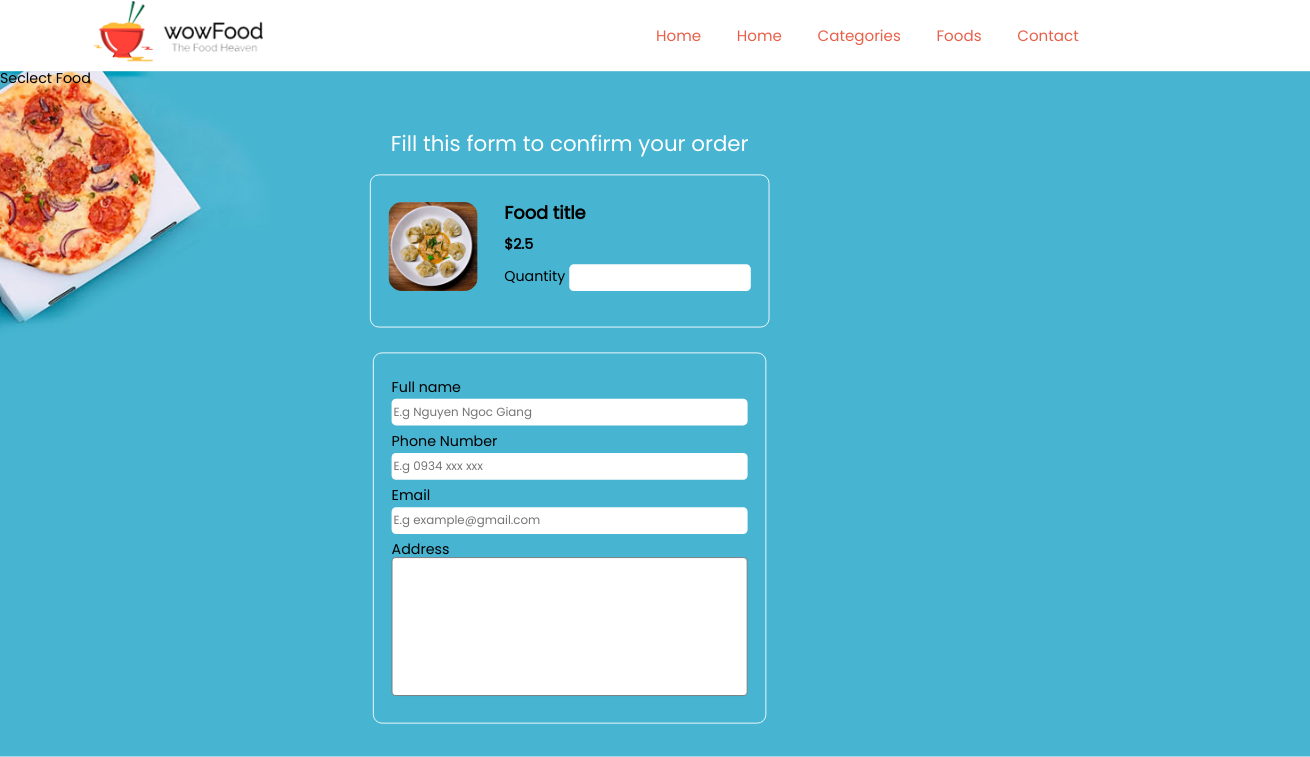
Repository: ruaruababa/WowFood
Page: order.html
An editor plug-in stored every save of this project. The page is shown before and after the next save, followed by the edit.
The browser window is 1280 px wide. The page is 1472 px wide, so the pictures cover 1472 px, including what lies to the right of the window. The pictures show the whole page, at 89% of full size.

Above is the page before, as saved 2021-09-19 22:38:27.

### order.html
<!DOCTYPE html>
<html lang="en">

<head>
    <meta charset="UTF-8">
    <meta http-equiv="X-UA-Compatible" content="IE=edge">
    <meta name="viewport" content="width=device-width, initial-scale=1.0">
    <title>Order Food</title>
    <link rel="stylesheet" href="./style.css">
    <link rel="stylesheet" href="./reset.css">
    <link rel="stylesheet" href="./order.css">
    <link rel="preconnect" href="https://fonts.googleapis.com" />
    <link rel="preconnect" href="https://fonts.gstatic.com" crossorigin />
    <link
      href="https://fonts.googleapis.com/css2?family=Poppins:wght@400&display=swap"
      rel="stylesheet"
    />
</head>

<body>
    <nav>
        <input type="checkbox" id="check" />
        <label for="check" class="checkbtn">
            <i class="fas fa-bars"></i>
        </label>
        <label class="logo">
            <img src="./img/logo.png" alt="" class="img-logo" />
        </label>
        <ul class="navbar">
            <li><a class="active" href="#">Home</a></li>
            <li><a href="#">Home</a></li>
            <li><a href="#">Categories</a></li>
            <li><a href="#">Foods</a></li>
            <li><a href="#">Contact</a></li>
        </ul>
    </nav>
    <section id=section-order>
        <img src="./bgorder.jpg" alt="" class="bgr" style="position: absolute; z-index: -1;">
        <div class="container-order">
            <form action="">
                <h3 class="title-order">Fill this form to confirm your order</h3>
                <label for="" class="seclect">Seclect Food</label>
                <div class="container-seclect-food">
                    <div class="img-food">
                        <!-- <label for="" class="seclect">Seclect Food</label> -->
                        <img src="./img/menu-momo.jpg" alt="" class="bgr-item" />
                    </div>
                    <div class="content-food">
                        <h6 class="title-item">Food title</h6>
                        <span class="price-item">$2.5</span>
                        <label for="" class="quantity">Quantity</label>
                        <input type="number" min="1" max="100" class="inp-number">
                    </div>
                </div>
                <div class="container-delivery-title">
                    <lable class="full-name">Full name</lable>
                    <input type="text" placeholder="E.g Nguyen Ngoc Giang">
                    <lable class="phone-number">Phone Number</lable>
                    <input type="text" placeholder="E.g 0934 xxx xxx">
                    <lable class="email">Email</lable>
                    <input type="text" placeholder="E.g example@gmail.com">
                    <lable class="Address">Address</lable>
                    <textarea name="address" id="" cols="30" rows="10" style="resize: none; border-radius: 5px;"></textarea>


                </div>
            </form>
        </div>
    </section>
</body>

</html>

### style.css

li {
  text-decoration: none;
}

a {
  text-decoration: none;
}

nav {
  height: 80px;
  width: 100%;
}

label.logo {
  padding: 0 100px;
}

nav ul {
  float: right;
  margin-right: 50px;
}

nav ul li {
  display: inline-block;
  line-height: 80px;
  margin: 0 5px;
  font-family: "Poppins", sans-serif;
}

nav ul li a {
  color: #e7614a;
  font-size: 17px;
  padding: 7px 13px;
  border-radius: 3px;
}

.checkbtn {
  font-size: 30px;
  color: white;
  float: right;
  line-height: 80px;
  margin-right: 40px;
  cursor: pointer;
  display: none;
}

#check {
  display: none;
}

ul:hover li {
  filter: blur(3px);
  opacity: 0.5;
  transform: scale(0.98);
  box-shadow: none;
}

ul:hover li:hover {
  transform: scale(1.1);
  filter: blur(0px);
  opacity: 1;
  box-shadow: 0 8px 20px 0px rgba(0, 0, 0, 0.125);
}

.container-section-search {
  position: relative;
  text-align: center;
  margin-top: 15px;
}

.background-search {
  height: 250px;
}

.background-search img {
  height: inherit;
  width: 100%;
  object-fit: cover;
}

.form {
  width: 100%;
  position: absolute;
  top: 50%;
  left: 50%;
  transform: translate(-50%, -50%);
  height: 22px;
}

.input-search {
  width: 35%;
  height: inherit;
}

.btn-search {
  background-color: rgba(250, 59, 59, 0.849);
  border: none;
  border-radius: 5px;
  font-size: 14px;
  color: white;
  cursor: pointer;
  padding: 3px;
}

#section-collection {
  position: relative;
}

.container-section-collection {
  height: max-content;
}

.explore-food {
  padding-top: 70px;
  text-align: center;
  font-size: 24px;
  font-family: "Poppins", sans-serif;
}

.collection-food {
  width: 100%;
}

.list-food {
  margin-top: 50px;
  display: flex;
  justify-content: center;
  column-gap: 50px;
}

.list-food li {
  width: 330px;
  height: 400px;
  transition: 0.2s all;
}

.list-food li:hover {
  transform: scale(0.95);
}

.list-food li img {
  width: 100%;
  height: 100%;
  object-fit: cover;
  border-radius: 10px;
}

.list-food li span {
  font-family: "Poppins", sans-serif;
  display: block;
  font-size: 20px;
  text-align: center;
  color: #ffffff;
  margin-top: -50px;
}

article {
  background-color: #ececec;
}

.title-food-menu {
  padding-top: 70px;
  font-size: 24px;
  text-align: center;
  font-family: "Poppins", sans-serif;
}

.container-menu {
  padding-top: 50px;
  display: grid;
  grid-gap: 20px;
  grid-template-columns: repeat(auto-fit, minmax(550px, 1fr));
  grid-auto-rows: 180px;
  justify-items: center;
  font-family: "Poppins", sans-serif;
}

.container-item:nth-child(odd) {
  justify-self: end;
}

.container-item:nth-child(even) {
  justify-self: start;
}

.container-item {
  background-color: #ffffff;
  display: flex;
  align-items: center;
  border-radius: 15px;
}

.container-item img {
  width: 25%;
  height: 70%;
  object-fit: cover;
  border-radius: 15px;
  margin: 0 28px;
}

.container-item .item-content {
  width: 100%;
  height: 70%;
  object-fit: cover;
  border-radius: 15px;
  margin: 0 28px;
}

.item-content {
  display: inline-block;
}

.title-item {
  font-size: 16px;
  font-weight: bold;
  line-height: 25px;
}

.price-item {
  line-height: 25px;
  font-weight: bold;
}

.des-item {
  font-size: 14px;
  line-height: 20px;
  color: #747d9c;
}

.oder-item {
  text-decoration: none;
  background-color: #f56b81;
  color: white;
  border-radius: 5px;
  padding: 3px;
  display: inline-block;
}

.footer-food-menu {
  margin-top: 30px;
}

.see-all-foods {
  display: block;
  text-align: center;
  text-decoration: none;
  color: #f56b81;
  padding-bottom: 50px;
  font-family: "Poppins", sans-serif;
  transition: 0.2s all;
}

.see-all-foods:hover {
  text-decoration: underline;
  transform: scale(1.1);
}

.social-network-icon {
  display: flex;
  justify-content: center;
  margin-top: 30px;
}

.icon-insta {
  margin: 0 30px;
}

.license {
  margin-top: 40px;
  margin-bottom: 30px;
  font-family: "Poppins", sans-serif;
}

.license p {
  text-align: center;
}

.license p a {
  text-decoration: none;
  color: #e7614a;
}

@media (max-width: 952px) {
  label.logo {
    padding-left: 50px;
  }

  nav ul li a {
    font-size: 16px;
  }

  .container-item:nth-child(odd) {
    justify-self: center;
  }

  .container-item:nth-child(even) {
    justify-self: center;
  }
}

@media (max-width: 858px) {
  i {
    color: black;
  }

  .checkbtn {
    display: block;
  }

  .navbar {
    position: fixed;
    width: 100%;
    height: 250px;
    left: -100%;
    text-align: center;
    transition: all 0.5s;
    z-index: 2;
    background-color: #ffffff;
  }

  nav ul li {
    display: block;
    margin: 10px 0;
    line-height: 30px;
  }

  nav ul li a {
    font-size: 20px;
  }

  #check:checked ~ ul {
    left: 0;
  }

  .container-section-collection {
    height: max-content;
  }
}

section {
  position: relative;
}
@media (max-width: 858px) {
   .container-menu {
    padding-top: 50px;
    display: grid;
    grid-gap: 20px;
    grid-template-columns: repeat(auto-fit, minmax(550px, 1fr));
    grid-auto-rows: 180px;
    justify-items: center;
    font-family: "Poppins", sans-serif;
  }
}

@media (max-width: 414px) {
  label img {
    margin-left: -50px;
  }
  i.fa-bars {
    margin-right: -20px;
  }
  .navbar {
    position: fixed;
    width: 414px;
    height: 250px;
    left: -100%;
    text-align: center;
    transition: all 0.5s;
    z-index: 2;
    background-color: #ffffff;
  }

  nav ul li {
    display: block;
    margin: 10px 0;
    line-height: 30px;
  }

  nav ul li a {
    font-size: 20px;
  }

  #check:checked ~ ul {
    left: 0;
  }
  .list-food {
    display: flex;
    flex-direction: column;
    gap: 15px;
  }

  .item {
    align-self: center;
  }

  .container-menu {
    padding-top: 50px;
    display: grid;
    grid-gap: 20px;
    grid-template-columns: repeat(auto-fit, minmax(375px, 1fr));
    grid-auto-rows: 180px;
    justify-items: center;
    font-family: "Poppins", sans-serif;
  }
}

@media (max-width: 375px) {
  label img {
    margin-left: -50px;
  }
  i.fa-bars {
    margin-right: -20px;
  }
  .navbar {
    position: fixed;
    width: 375px;
    height: 250px;
    left: -100%;
    text-align: center;
    transition: all 0.5s;
    z-index: 2;
    background-color: #ffffff;
  }

  nav ul li {
    display: block;
    margin: 10px 0;
    line-height: 30px;
  }

  nav ul li a {
    font-size: 20px;
  }

  #check:checked ~ ul {
    left: 0;
  }

  .list-food {
    display: flex;
    flex-direction: column;
    gap: 15px;
  }

  .item {
    align-self: center;
  }

  .container-menu {
    padding-top: 50px;
    display: grid;
    grid-gap: 20px;
    grid-template-columns: repeat(auto-fit, minmax(375px, 1fr));
    grid-auto-rows: 180px;
    justify-items: center;
    font-family: "Poppins", sans-serif;
  }
  @media (max-width: 320px) {
  label img {
    margin-top: -70px;
    margin-left: -50px;
    padding-bottom: 10px;
  }
  i.fa-bars {
    margin-right: -20px;
    padding-top: 20px;
  }
  .navbar {
    position: fixed;
    width: 320px;
    height: 250px;
    left: -100%;
    text-align: center;
    transition: all 0.5s;
    z-index: 2;
    background-color: #ffffff;
    margin-top: -5px;
  }

  nav ul li {
    display: block;
    margin: 10px 0;
    line-height: 30px;
  }

  nav ul li a {
    font-size: 20px;
  }

  #check:checked ~ ul {
    left: 0;
  }

  .list-food {
    display: flex;
    flex-direction: column;
    gap: 15px;
  }

  .item {
    align-self: center;
  }

  .container-menu {
    padding-top: 50px;
    display: grid;
    grid-gap: 20px;
    grid-template-columns: repeat(auto-fit, minmax(319px, 1fr));
    grid-auto-rows: 180px;
    justify-items: center;
    font-family: "Poppins", sans-serif;
  }
}

/* article{
  position: relative;
  top: 200px;
} */

### order.css
.container-order{
    position: relative;
}
.title-order{
    font-size: 24px;
    position: absolute;
    left: 50%;
    transform: translateX(-50%);
    padding-top: 70px;
    font-family: "Poppins", sans-serif;
    color: white;
}
.container-seclect-food{
    display: flex;
    position: absolute;
    left: 50%;
    transform: translateX(-50%);
    margin-top: 100px;
    justify-content: flex-start;
    gap: 30px;
    border: 1px solid white;
    padding: 30px 20px;
    border-radius: 10px;
    font-family: "Poppins", sans-serif;
}
.img-food{
    display: inline;
}
.img-food img{
    width: 100px;
    border-radius: 15px;
}
.title-item{
    font-size: 20px;
}
.price-item{
    display: block;
    padding-top: 10px;
}
.inp-number{
    margin-top: 10px;
    width: 200px;
    border-radius: 5px;
}

.container-delivery-title{
    position: absolute;
    margin-top: 300px;
    display: grid;
    grid-template-columns: repeat(auto-fit, minmax(400px, 1fr));
    left: 50%;
    transform: translateX(-50%);
    border: 1px solid white;
    padding: 30px 20px;
    border-radius: 10px;
    font-family: "Poppins", sans-serif;
}

input{
    border: 0px;
    border-radius: 5px;
    padding: 5px 2px ;
    margin-bottom: 10px;
    margin-top: 5px;
    font-family: "Poppins", sans-serif;
}
label{
    font-family: "Poppins", sans-serif;
}

Loaded but not shown: reset.css (common file)

After the next save:
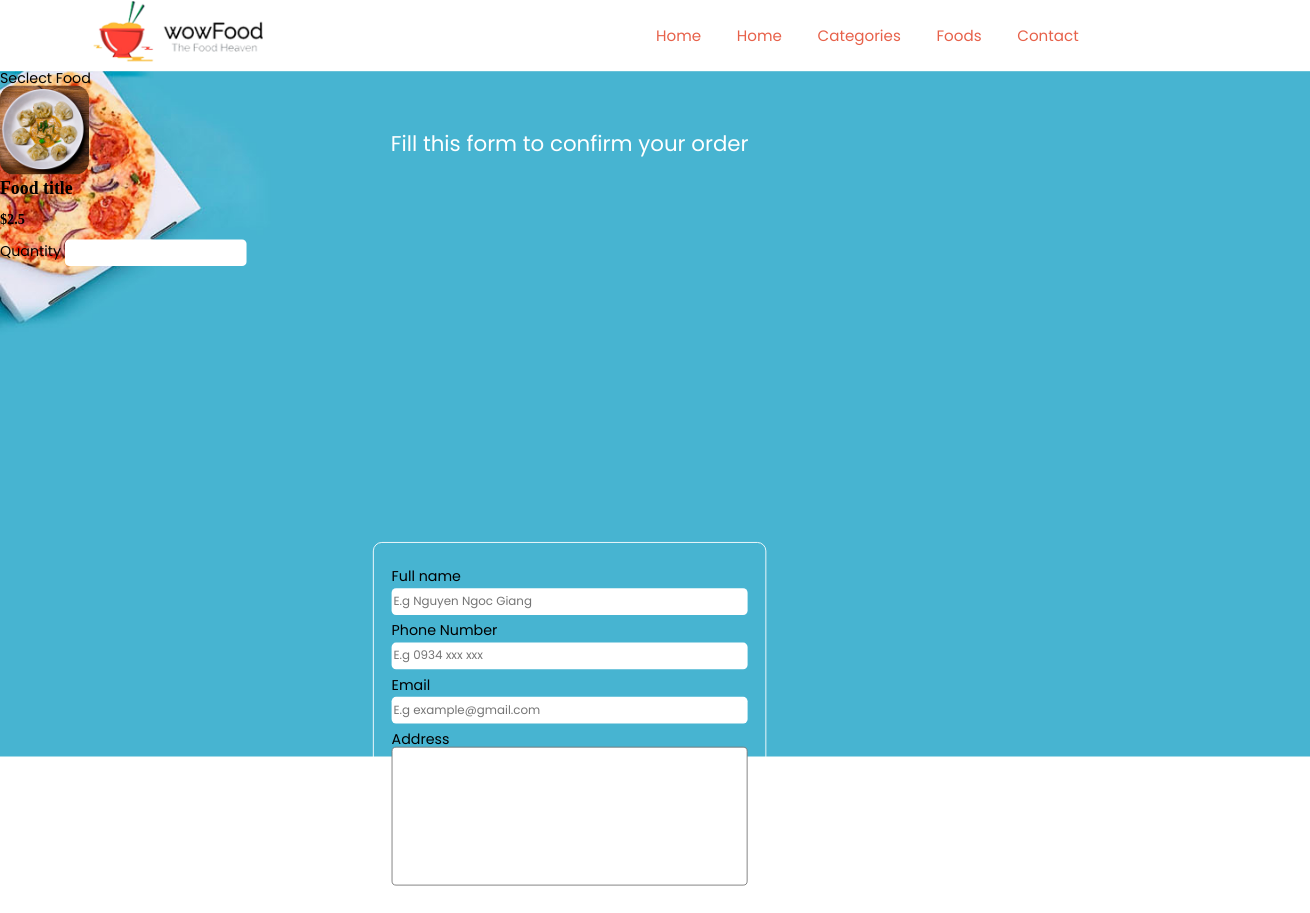
Saved 18 s later.
--- a/order.css
+++ b/order.css
@@ -10,6 +10,7 @@
     font-family: "Poppins", sans-serif;
     color: white;
 }
+tit
 .container-seclect-food{
     display: flex;
     position: absolute;

After the 6 saves that followed:
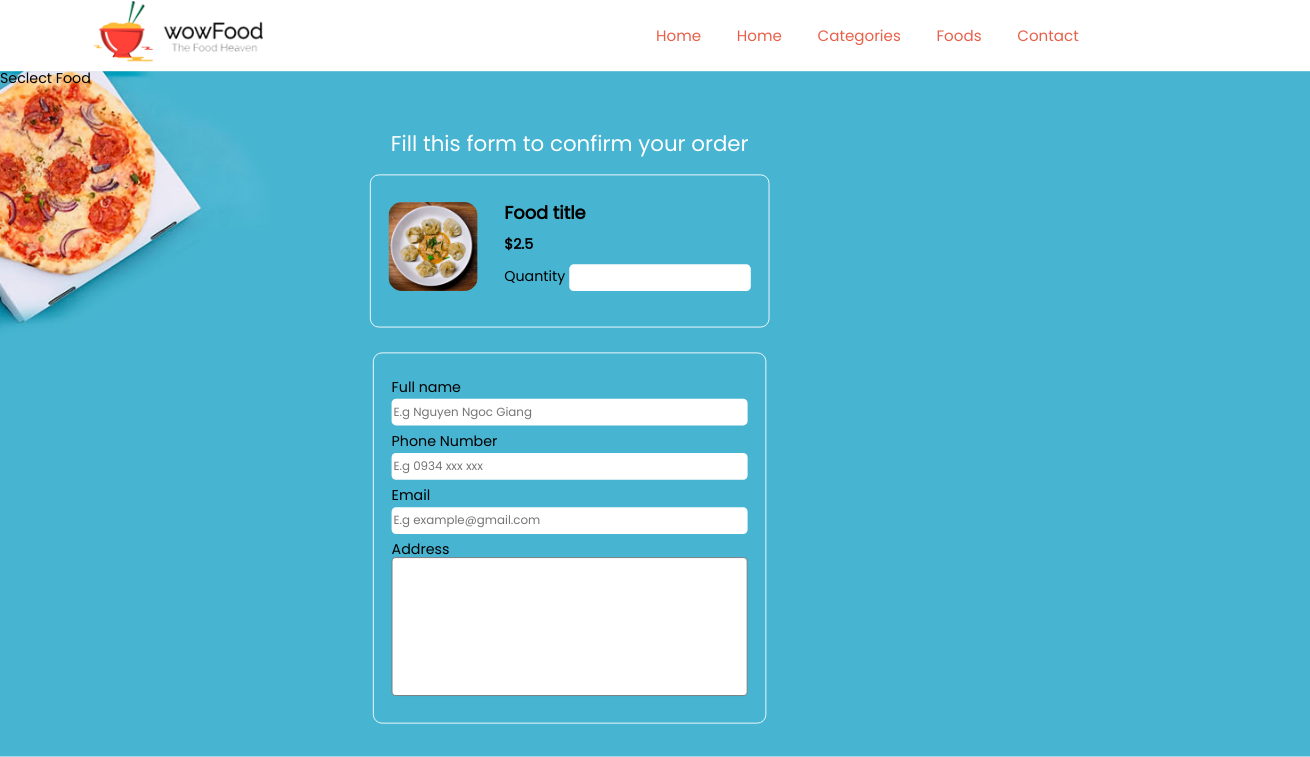
The 6 saves are shown as one change because 1 left the picture as it was and some came seconds apart.
The last was saved 22 s later.
--- a/order.css
+++ b/order.css
@@ -10,7 +10,9 @@
     font-family: "Poppins", sans-serif;
     color: white;
 }
-tit
+.title-order::before{
+    content: seclect;
+}
 .container-seclect-food{
     display: flex;
     position: absolute;
